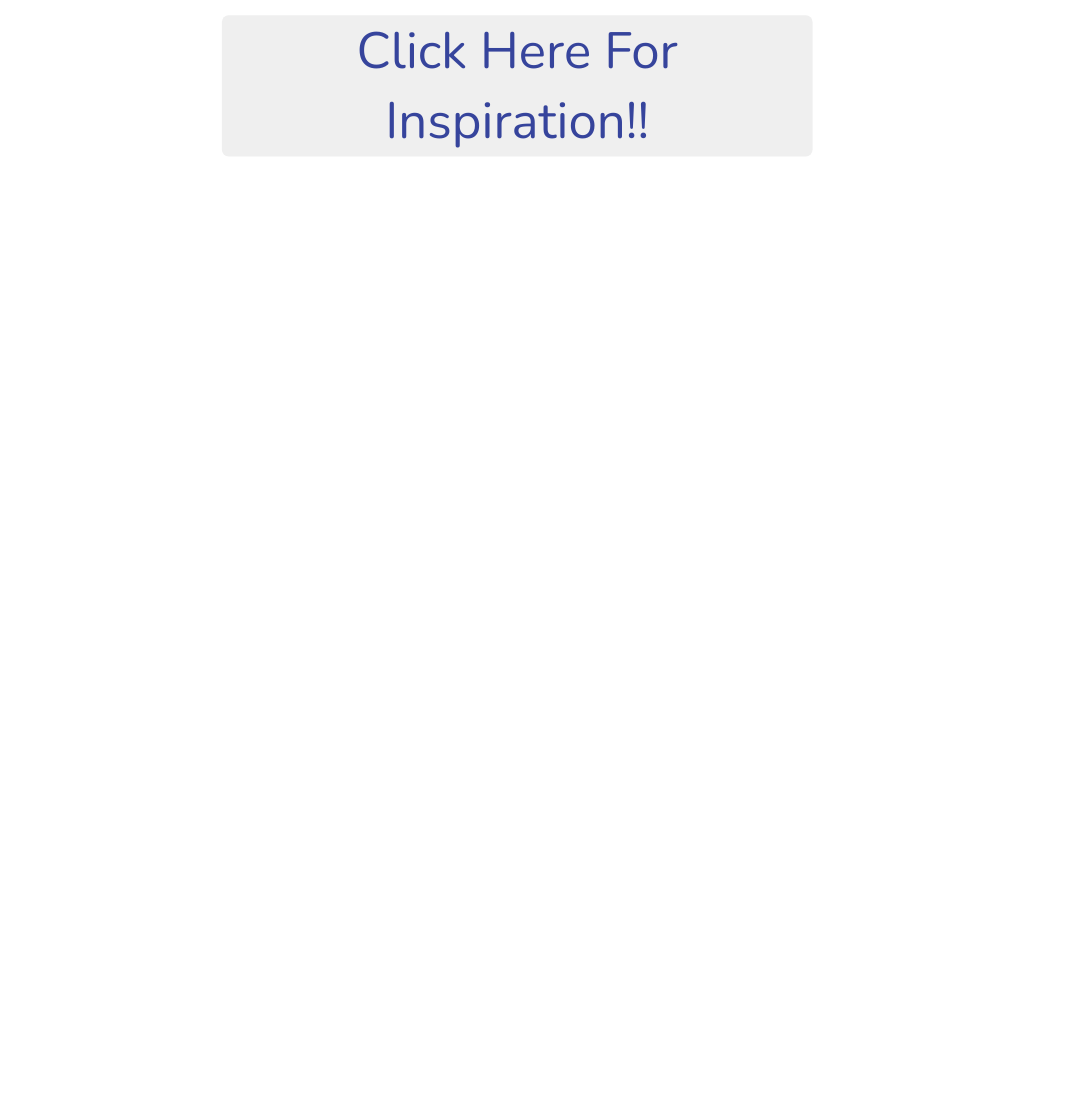
Repository: Hogwartsalumni/Inspire
Page: main.html
The author's editor kept a record of every edit. The page is drawn from the files as they stood at one moment, then again after the next edit.
The browser window is 1280 px wide. The pictures show the whole page, at 85% of full size.

Above is the page before.

After the next edit:
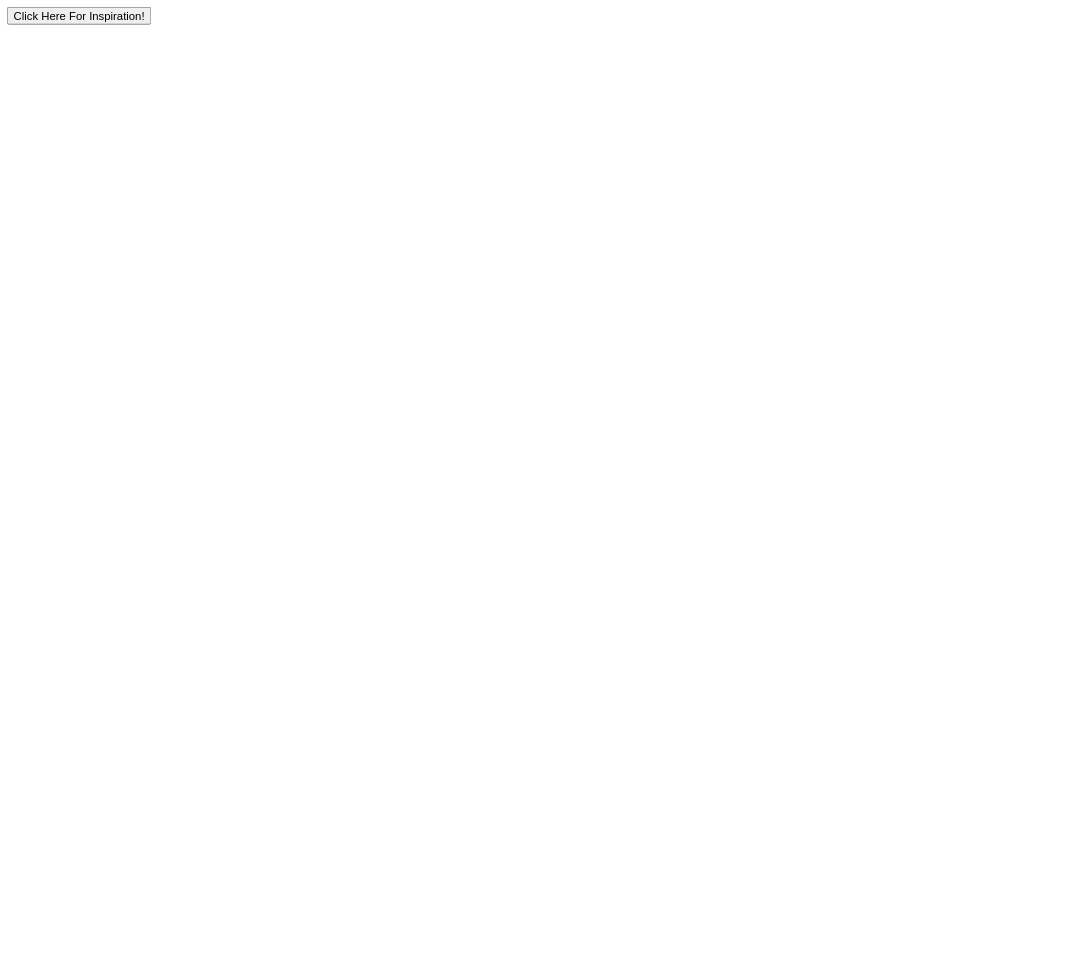
The edit:
--- a/main.html
+++ b/main.html
@@ -7,8 +7,8 @@
     <title>Inspire</title>
   </head>
   <body>
-    <button onClick="displayImage()">Click Here For Inspiration!!</button>
-    <!--<input type="button" onClick="displayImage()" value="Click Here For Inspiration!"> -->
+    <!-- <button onClick="displayImage()">Click Here For Inspiration!!</button> -->
+    <input type="button" onClick="displayImage()" value="Click Here For Inspiration!">
     <br>
     <img src="img/blank.png" name="canvas"/>
 

After the 3 edits that followed:
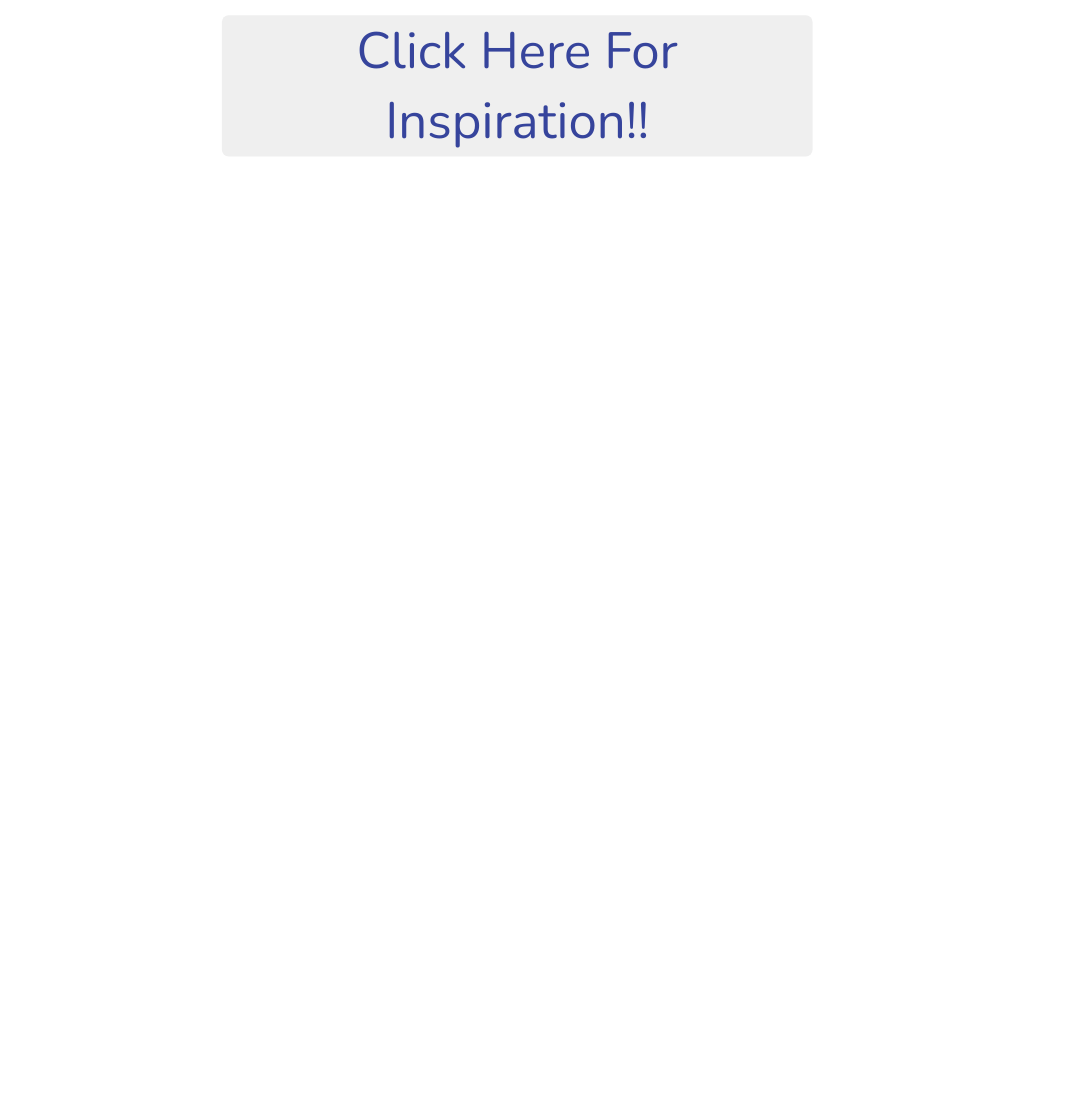
The 3 edits are shown as one change because 2 left the picture as it was.
The edit:
--- a/main.html
+++ b/main.html
@@ -2,15 +2,16 @@
 <html>
   <head>
     <meta charset="UTF-8">
+    <link rel="icon" href="rainbow.png" type="image/x-icon"></a>
     <link rel="stylesheet" href="main.css" type="text/css">
     <link href="https://fonts.googleapis.com/css2?family=Nunito&family=Quicksand&display=swap" rel="stylesheet">
     <title>Inspire</title>
   </head>
   <body>
-    <!-- <button onClick="displayImage()">Click Here For Inspiration!!</button> -->
-    <input type="button" onClick="displayImage()" value="Click Here For Inspiration!">
+    <button onClick="displayImage()">Click Here For Inspiration!!</button>
+    <!--<input type="button" onClick="displayImage()" value="Click Here For Inspiration!">-->
     <br>
     <img src="img/blank.png" name="canvas"/>
-
+    <script src="main.js"></script>
   </body>
 </html>
